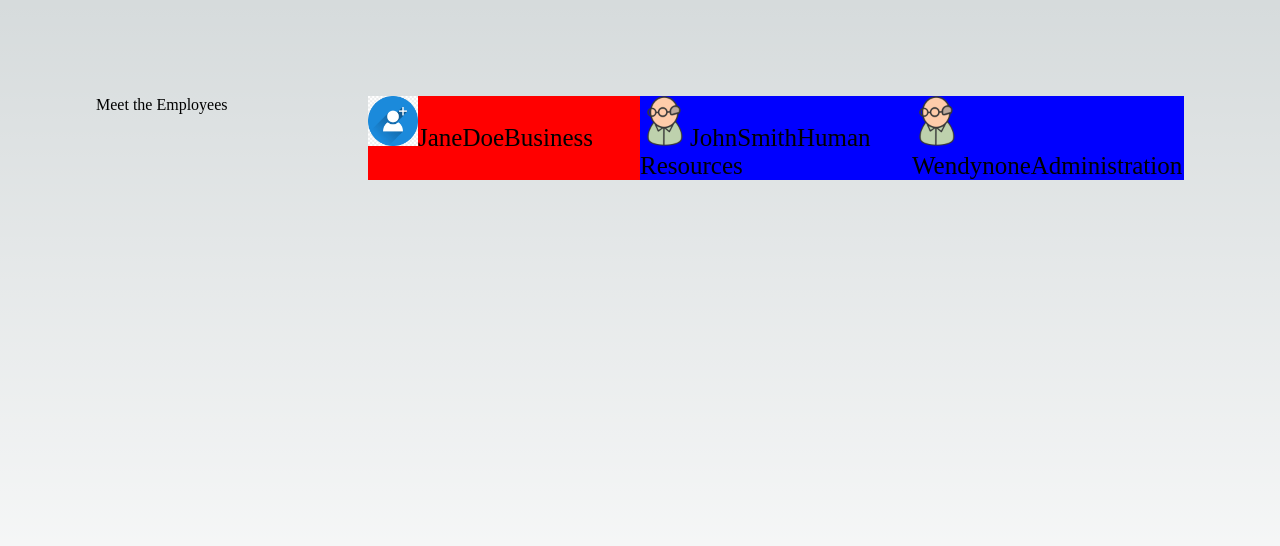
Repository: cheungglenda/MDIA2109-Week3
Page: /about
These files come from the project's save history. The page is drawn as it stood at one moment and after the next save; the edit follows.
The browser window is 1280 px wide. The pictures show the whole page.
The project was rebuilt for these pictures with package versions that can differ from the ones it lists, and the page was loaded fresh each time. The framework's server and built-in components were replaced by stand-ins that run in the browser. Also part of the build but not shown: next.config.js.

Above is the page before, as saved 2023-01-19 17:22:32.

### pages/about.js
import Head from 'next/head'
import { Inter } from '@next/font/google'
import styles from '@/styles/Home.module.css'
import aboutData from '../data/about.json'
import { useState } from 'react'
import EmployeeCard  from '../components/EmployeeCard'
import Link from 'next/link'

export default function About() {

    const [aboutEmployees, setAboutEmployees] = useState([...aboutData])
    console.log(aboutData)
    return (
   <>
      <Head>
        <title>About Page</title>
        <meta name="description" content="Meet the Employees" />
        <meta name="viewport" content="width=device-width, initial-scale=1" />
        <link rel="icon" href="/favicon.ico" />
      </Head>
      <main className={styles.main}>

        <div className={styles.grid}>
          <div>Meet the Employees</div>
          {aboutEmployees && aboutEmployees.map((info, index) => {
            if(info.firstName.toLowerCase() === "jane") {
            return (
              <EmployeeCard
              key={index}
              firstname={info.firstName}
              lastname={info.lastName}
              jobtitle={info.jobtitle}
              department={info.department}
              yearsworked={info.years}
              color="red" font="25px"/>
            )
          }
          })}

          {aboutEmployees && aboutEmployees.map((info, index) => {
            if(info.firstName.toLowerCase() === "john") {
            return (
              <EmployeeCard
              key={index}
              firstname={info.firstName}
              lastname={info.lastName}
              jobtitle={info.jobTitle}
              department={info.department}
              yearsworked={info.years}
              color="blue" font="25px"/>
            )
          }
          })}

          {aboutEmployees && aboutEmployees.map((info, index) => {
            if(info.firstName.toLowerCase() === "wendy") {
            return (
              <EmployeeCard
              key={index}
              firstname={info.firstName}
              jobtitle={info.jobTitle}
              department={info.department}
              color="blue" font="25px"/>
            )
          }
          })}
        </div>
      </main>
    </>
  )
}

### data/about.json
[
    {
        "firstName": "Jane",
        "lastName": "Doe",
        "department": "Business",
        "jobtitle": "Financial Analyst",
        "years": 3
    },
    {
        "firstName": "John",
        "lastName": "Smith",
        "department": "Human Resources",
        "jobTitle": "Human Resources Coordinator",
        "years": 4
    },
    {
        "firstName": "Wendy",
        "lastName": "Lee",
        "department": "Administration",
        "jobTitle": "Receptionist",
        "years": 8
    }
]

### components/EmployeeCard/index.js
export default function EmployeeCard({
    firstname = "none",
    lastname = "none",
    department = "none",
    jobtitle = "none",
    years = 0,
    color = "pink",
    font = "O",
    image = "icon/personTwo.png"
}) {
    return (
        <div style={{backgroundColor: color, fontSize: font}}>
            {
                color === "pink" ? <img src={'icon/person.png'} width="50"/> :
                color === "blue" ? <img src={'icon/personThree.png'} width="50"/> :
                <img src={image} width="50"/>
            }
            {firstname}
            {lastname}
            {department}
        </div>
    )
}

Loaded but not shown: pages/_app.js (common file); pages/_document.js (common file); styles/globals.css (common file); styles/Home.module.css (common file)

After the next save:
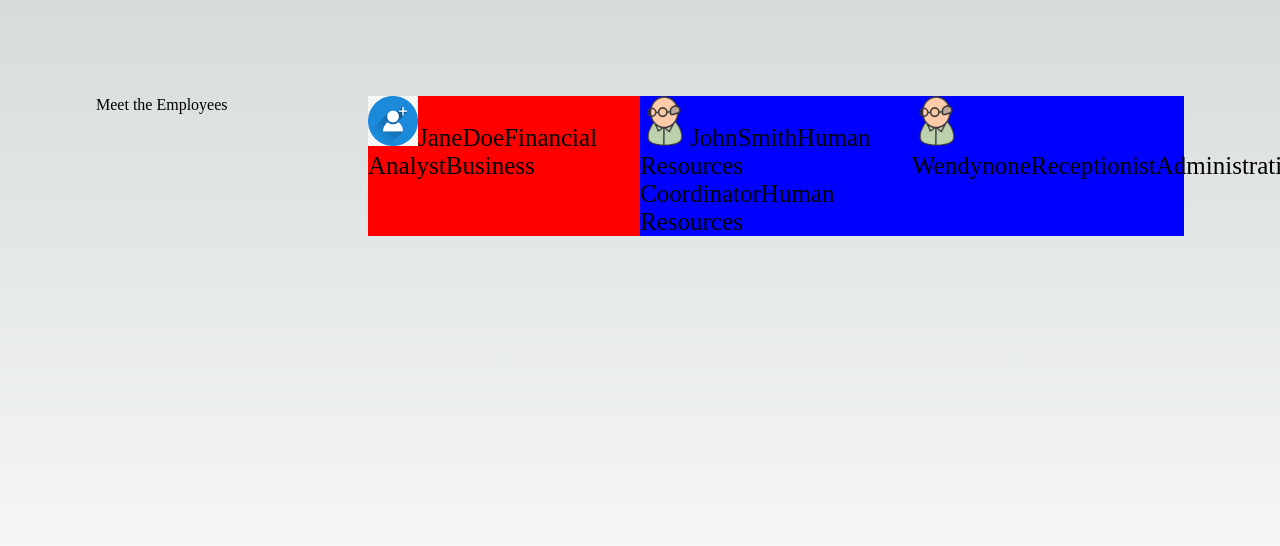
Saved 8 s later.
--- a/components/EmployeeCard/index.js
+++ b/components/EmployeeCard/index.js
@@ -17,6 +17,7 @@ export default function EmployeeCard({
             }
             {firstname}
             {lastname}
+            {jobtitle}
             {department}
         </div>
     )
